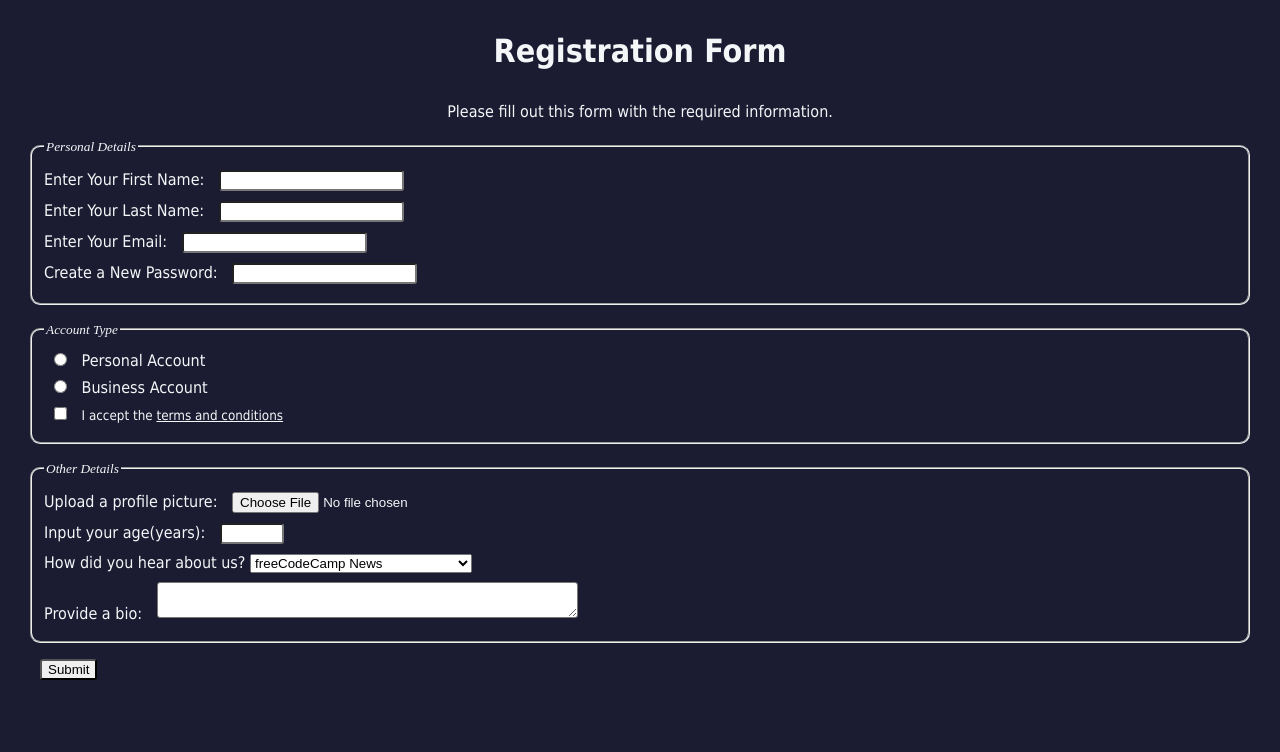
Repository: Lungdjos/registration_form
Page: index.html
The author's editor kept a copy of each file at every save. The page is drawn from the files as they stood at one save, then again after the next save.
The browser window is 1280 px wide. The pictures show the whole page.

Above is the page before, as saved 2023-09-28 18:01:46.

After the next save:
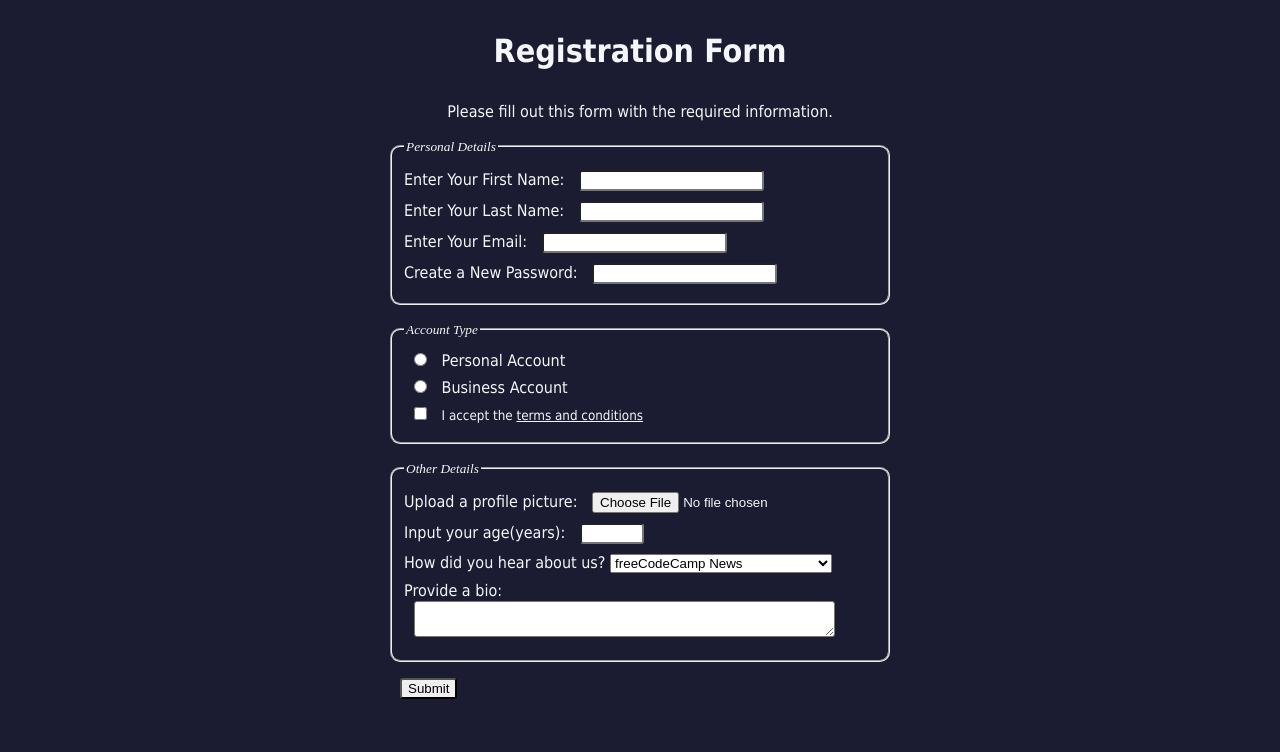
Saved 2 min 41 s later.
--- a/indexStyles.css
+++ b/indexStyles.css
@@ -45,3 +45,10 @@ p {
     margin: 1em auto;
     text-align: center;
 }
+
+form {
+    margin: 0 auto;
+    max-width: 500px;
+    min-width: 300px;
+    width: 60vw;
+}
